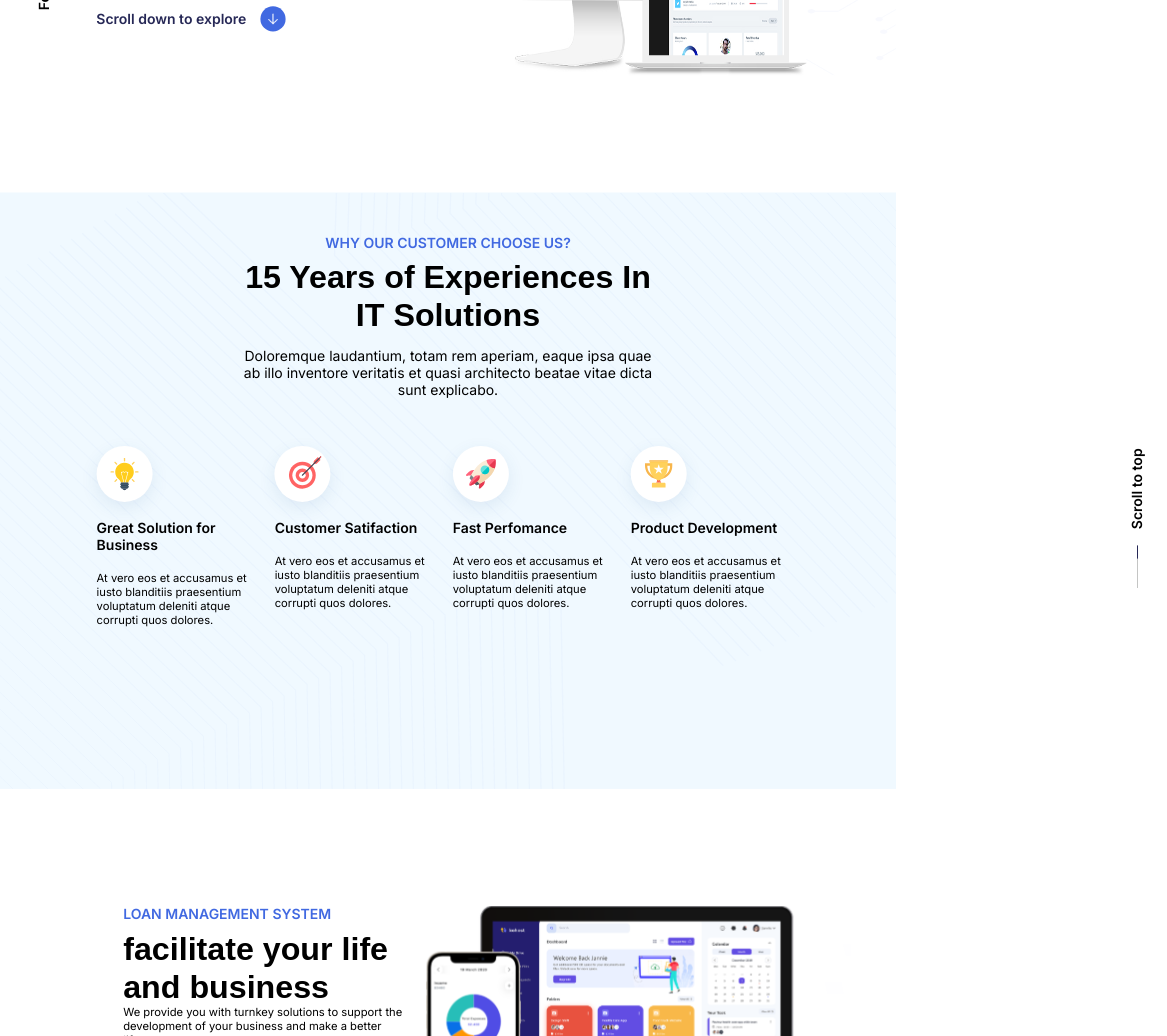
Repository: Chamsmey/static-html-css
Page: index.html
An editor plug-in stored every save of this project. The page is shown before and after a run of saves, followed by the edit.
The browser window is 1280 px wide. The page is 1667 px wide, then 1280 px, so the pictures cover 1667 px, including what lies to the right of the window. The pictures show the part of the page from y = 540 to 2020 px (the page is 3034 px tall), at 70% of full size.
Some web fonts or font styles are not loaded; a fallback is used.

Above is the page before, as saved 2022-11-15 15:46:17.

### index.html
<!DOCTYPE html>
<html lang="en">

<head>
    <meta charset="UTF-8">
    <meta http-equiv="X-UA-Compatible" content="IE=edge">
    <meta name="viewport" content="width=device-width, initial-scale=1.0">
    <title>Blue Tech Solution</title>
    <link rel="stylesheet" href="./css/style.css">
    <link rel="shortcut icon" href="./icons/BlueTech solution _ Logo.svg" type="image/x-icon">
</head>

<body>

    <!-- /// navbar  -->
    <div class="container">
        <nav>
            <div class="logo_group">
                <img src="./icons/BlueTech solution _ Logo.svg" alt="">
            </div>
            <ul class="nav_menu flex_evenly_center">
                <a href="#">
                    <li class="menu_items">Home</li>
                </a>
                <a href="#choose_us">
                    <li class="menu_items">Why choose us
                </a>
                <a href="#products">
                    <li class="menu_items">Products
                </a>
                <a href="#contact">
                    <li class="menu_items">Contact us
                </a>
                <a href="#faq">
                    <li class="menu_items">FAQs</li>
                </a>
            </ul>
            <button class="btn btn_primary">
                <img src="./icons/icon_play_circle.svg" alt="">
                <span>Request demo</span>
            </button>
        </nav>
        <!-- // home  -->
        <section id="home" class="">
            <!-- si=============side left ========= -->
            <div id="side_left" class="flex_beteen_center">

                <div id="follow_social">
                    <div class="icon_group flex_col">
                        <img class="follow_icon" width="15.02px" height="12.6px" src="./icons/icon_telegram.svg" alt="">
                        <img class="follow_icon" width="14.98px
                        " height="11.24px" src="./icons/icon_youtube.svg" alt="">
                        <img class="follow_icon" width="15px" height="15px" src="./icons/icon_linkedIn.svg" alt="">
                        <img class="follow_icon" width="7.5px" height="15px" src="./icons//Icon_facebook.svg" alt="">
                        <img class="follow_icon" width="2px" height="10px" src="./icons//icon_I.svg" alt="">

                        <h5 class="text_tranform text_sm text_center my_25"> Follow Us </h5>

                    </div>
                </div>
                <div id="content">
                    <div class="">
                        <h1 class="text_3xl" >True PowerFul Business Partner: <span class="text_3xl color_primary">Blue Tech </span>Solution</h1>
                        <p class="text_sm">Sed ut perspiciatis unde omnis iste natus error sit voluptatem
                            accusantium doloremque laudantium, totam rem aperiam, eaque ipsa quae ab
                            illo inventore veritatis et quasi architecto
                            beatae vitae dicta sunt explicabo.</p>
                    </div>
                    <div class="">
                        <div id="scroll_icon">
                            <h4 class="text_sm color_secodary">Scroll down to explore</h4>
                            <div class="icon_circle bg_primary ml_10">
                                <img src="./icons/icon_arrow_down_white.png" alt="">
                            </div>
                        </div>

                    </div>

                </div>
            </div>
            <!-- /////////////// side right  -->
            <div id="side_right">
                <img src="./images/home/01.jpg" alt="">
            </div>
        </section>
        </section>

        <!-- choose us -->
        <section id="choose_us" class="choose_us_section bg_primary">
            <div class="header">
                <div class="section_header">
                    <h4 class="text_sm color_primary text_upper mt_50">
                        Why our customer choose us?
                    </h4>
                    <h1 class="text_3xl my_10">
                        15 Years of Experiences
                        In IT Solutions
                    </h1>
                    <p class="text_sm my_10">
                        Doloremque laudantium, totam rem aperiam,
                        eaque ipsa quae ab illo inventore veritatis et quasi architecto beatae
                        vitae dicta sunt explicabo.
                    </p>
                </div>
            </div>
            <div class="card_group_items">
                <div class="card_group flex_beteen_start">
                    <div class="card">
                        <div class="card_header">
                            <div class="icon_circle bg_white icon_80x_80x box_shadow">
                                <img src="./icons/icon_light.svg" alt="">
                            </div>
                        </div>
                        <div class="card_body">
                            <h4 class="text_sm my_25">Great Solution for Business</h4>
                            <p class="text_ms my_10">At vero eos et accusamus et iusto blanditiis praesentium
                                voluptatum deleniti atque corrupti quos dolores.</p>
                        </div>
                    </div>
                    <div class="card">
                        <div class="card_header">
                            <div class="icon_circle bg_white icon_80x_80x box_shadow">
                                <img class="posttion_absolute_center" src="./icons/icon_focus.svg" alt="">
                            </div>
                        </div>
                        <div class="card_body">
                            <h4 class="text_sm my_25">Customer Satifaction</h4>
                            <p class="text_ms my_10">At vero eos et accusamus et iusto blanditiis praesentium
                                voluptatum deleniti atque corrupti quos dolores.</p>
                        </div>
                    </div>
                    <div class="card">
                        <div class="card_header">
                            <div class="icon_circle bg_white icon_80x_80x box_shadow">
                                <img src="./icons/icon_rocket.svg" alt="">
                            </div>
                        </div>
                        <div class="card_body">
                            <h4 class="text_sm my_25">Fast Perfomance</h4>
                            <p class="text_ms my_10">
                                At vero eos et accusamus et iusto blanditiis praesentium
                                voluptatum deleniti atque corrupti quos dolores.</p>
                        </div>
                    </div>
                    <div class="card">
                        <div class="card_header">
                            <div class="icon_circle bg_white icon_80x_80x box_shadow">
                                <img src="./icons/icon_champion.svg" alt="">
                            </div>
                        </div>
                        <div class="card_body">
                            <h4 class="text_sm my_25">Product Development</h4>
                            <p class="text_ms my_10">At vero eos et accusamus et iusto blanditiis praesentium
                                voluptatum deleniti atque corrupti quos dolores.</p>
                        </div>
                    </div>
                </div>
            </div>
            <div class="scroll_bar">
                <h4 class="scroll_bar_title text_sm text_tranform py_30">
                 Scroll to top
                </h4>

                <div class="bar">
                    <img src="./icons/icon_scroll_bar.svg" alt="">
                </div>
            </div>
        </section>
    </div>
    <div>

    </div>
    <!-- product  -->
    <div class="container">
        <section id="products" class="products_section">
            <div class="product_description">
                <h4 class="text_sm text_upper color_primary">Loan Management system</h4>
                <h1 class="text_3xl mt_10">
                    facilitate your life and business
                </h1>
                <p class="text_ms">We provide you with turnkey solutions to support the development
                    of your business and make a better life.</p>
                    <div class="product_values flex_beteen_start">
                        <div class="product_value flex_align_center mt_20">
                            <img src="./icons/icon_percent.svg" alt="">
                            <p class="text_sm text_simibold ml_20">Eliminating human error</p>
                        </div>
                        <div class="product_value flex_align_center mt_20">
                            <img src="./icons/icon_micro.svg" alt="">
                            <p class="text_sm text_simibold ml_20">Automated reporting</p>
                        </div>
                        <div class="product_value flex_align_center mt_20">
                            <img src="./icons/icon_prevent.svg" alt="">
                            <p class="text_sm text_simibold ml_20">Preventing delays in payment</p>
                        </div>
                        <div class="product_value flex_align_center mt_20">
                            <img src="./icons/icon_sms.svg" alt="">
                            <p class="text_sm text_simibold ml_20">Increased revenue</p>
                        </div>
                        <div class="product_value flex_align_center mt_20">
                            <img src="./icons/icon_save.svg" alt="">
                            <p class="text_sm text_simibold ml_20">Saving time</p>
                        </div>
                    </div>
                <button class="btn btn_primary mt_50"><a href="#" class="color_white">Explore more</a> <img src="./icons/icon_arrow_right.svg" alt=""></button>
            </div>
            <div class="product_bg">
                <img src="./images/product.svg" alt="">

            </div>

        </section>
        <section id="products" class="products_section">
            <div class="product_bg">
                <img src="./images/products/products.svg" alt="">

            </div>
            <div class="product_description">
                <h4 class="text_sm text_upper color_primary">Loan Management system</h4>
                <h1 class="text_3xl mt_10">
                    facilitate your life and business
                </h1>
                <p class="text_ms">We provide you with turnkey solutions to support the development
                    of your business and make a better life.</p>
                    <div class="product_values flex_beteen_start">
                        <div class="product_value flex_align_center mt_20">
                            <img src="./icons/icon_percent.svg" alt="">
                            <p class="text_sm text_simibold ml_20">Eliminating human error</p>
                        </div>
                        <div class="product_value flex_align_center mt_20">
                            <img src="./icons/icon_micro.svg" alt="">
                            <p class="text_sm text_simibold ml_20">Automated reporting</p>
                        </div>
                        <div class="product_value flex_align_center mt_20">
                            <img src="./icons/icon_prevent.svg" alt="">
                            <p class="text_sm text_simibold ml_20">Preventing delays in payment</p>
                        </div>
                        <div class="product_value flex_align_center mt_20">
                            <img src="./icons/icon_sms.svg" alt="">
                            <p class="text_sm text_simibold ml_20">Increased revenue</p>
                        </div>
                        <div class="product_value flex_align_center mt_20">
                            <img src="./icons/icon_save.svg" alt="">
                            <p class="text_sm text_simibold ml_20">Saving time</p>
                        </div>
                    </div>
                <button class="btn btn_primary mt_50"><a href="#" class="color_white">Explore more</a> <img src="./icons/icon_arrow_right.svg" alt=""></button>
            </div>


        </section>

    </div>
    <!-- contact  -->
    <section id="contact" class="contact_us_section">

    </section>

    <!-- FAQs  -->
    <section id="faq" class="faq_section">

    </section>
    </div>

    <!-- footer -->
    <footer>

    </footer>
</body>

</html>

### css/style.css
@import url("https://fonts.cdnfonts.com/css/recoleta");
@import url("https://fonts.googleapis.com/css2?family=Inter:wght@100;200;300;400;500;600&family=Open+Sans:ital,wght@0,300;0,400;1,300&display=swap");

* {
  padding: 0;
  margin: 0;
  box-sizing: border-box;
  scroll-behavior: smooth;
}
/* root  */
:root {
  /* color  */
  --color-primary: #4169e1;
  --color-secondary: #262856;
  --bg-color-:#F0F9FF
;
  --color-black: #292d33;
  --color-red: #c14040;
  --color-background: #f1f6fa;
  /* // font size  */
  --text-headline-1: 46px;
  --text-headline-2: 38px;
  --text-headline-3: 30px;
  --text-headline-4: 22px;
  --text-headline-6:18px;
  --text-paragraph-1: 20px;
  --text-paragraph-2: 16px;
  --text-paragraph-3:14px;
  /* // font  family  */
  --heading-font: "Recoleta", sans-serif;
  --paragraph-font: "Open Sans", sans-serif;
  --sub-heading-font: "Inter", sans-serif;
}
/* nav/ */
.color_primary {
  color: var(--color-primary);
}
.color_secodary{
  color: var(--color-secondary);
}
.bg_white{
  background:#fff;
}

/* // text style  */
.text_sm{
  font-size: var(--text-paragraph-1);
  font-family: var(--sub-heading-font);

}
.text_ms{
  font-size: var(--text-paragraph-2);
  font-family: var(--sub-heading-font);
}
.text_3xl{
  font-size: var(--text-headline-1);
  font-family: var(--heading-font);
}
.text_2xl{
  font-size: var(--text-headline-2);
  font-family: var(--heading-font);
}
.text_xl{
  font-size: var(--text-headline-3);
  font-family: var(--heading-font);
}
.text_md{
  font-family: var(--sub-heading-font);
  font-size: var( --text-headline-2);
}
.text_sm_bold{
  font-size: 700;
}

.text_thin{
  font-weight: 400;
}
.text_simibold{
  font-weight: 600;
}
.text_bold{
  font-weight: 700;
}
.text_upper{
  text-transform: uppercase;
}
.text_center {
  text-align: center;
}
.ml_10{
  margin-left: 10px;
}
/* // margin  */
.my_25{
  margin: 25px 0;
}

.my_10{
  margin: 10px 0;
}
.mt_50 {
  margin-top: 50px;
}

.mt_30 {
  margin-top: 30px;
}
.mt_50{
  margin-top: 50px;
}
.mt_20{
  margin-top: 20px;
}
.mt_10{
  margin-top: 10px;
}
.ml_10{
  margin-left: 20px;
}
.ml_20{
  margin-left: 10px;
}

/* // padding */
.px_20{
    padding: 0 20px;
}
.py_10{
  padding: 10px 0;
}

.py_30{
  padding: 30px 0;
}
.px_30{
    padding: 0 30px;
}

/* // flexbox */
.flex_beteen_center {
    display: flex;
    justify-content: space-between;
    flex-wrap: wrap;
    align-items: center;
  }
  .flex_align_center{
    display: flex;
    align-items: center;
  }
  .flex_beteen_start {
    display: flex;
    justify-content: space-between;
    flex-wrap: wrap;
    align-items: flex-start;
  }
  .flex_evenly_center {
    display: flex;
    justify-content: space-evenly;
    flex-wrap: wrap;
    align-items: center;
  }

  .postion_absolute{
    position:absolute;
  }


.box_shadow{
  box-shadow: 0px 8px 24px rgba(53, 95, 158, 0.1);
}
/* ============ */

.container{
  width: 100%;
  margin: auto;
  margin-top: 50px;
}
nav {
  width: 80%;
  margin: 27px auto;
  display: flex;
  justify-content: space-between;
  align-items: center;
}


.nav_menu {
  width: 50%;
  list-style-type: none;
  box-sizing: border-box;
}
a {
  color: var(--color-black);
}
.menu_items {
  color: black;
/* margin-right: 10%; */
  font-family: "Inter", sans-serif;
  font-style: normal;
  font-weight: 400;
  font-size: 16px;
}
a {
  text-decoration: none;
}

.bg_primary {
  background: var(--color-primary);
}
.btn {
  Width:190px;
  Height:54px;
  display: flex;
  flex-direction: row;
  justify-content: space-evenly;
  align-items: center;
  padding: 11px 30px;
  border: none;
  border-radius: 6px;
}
.btn_primary{
  color: white;
  background:var(--color-primary);

}
.color_white{
  color: white;
}
/* home  */
#home {
    width: 100%;
    display: flex;
    margin: auto;
    justify-content: space-evenly;
}

.h1_title {
  font-size: 46px;
  font-family: var(--heading-font);
}
#side_left {
    width: 50%;
    padding: 1rem;
    display: flex;
    justify-content: space-between;
    /* background: red; */
}
#side_right{
  width: 50%;
  background-image: url(../images/home/frame_home.svg);
  background-position: center;
  background-repeat: no-repeat;
  background-size: cover;
  /* overflow: hidden; */

  display: flex;
  /* align-items: center; */
  /* background: green; */
}
#side_right img {
  width: 80%;
height: 509px;

}
#content {
    width: 80%;

    /* margin-top: 1rem; */
    /* padding:0em 8em ; */
    /* background: #d/dd; */
}
.flex_col {
  display: flex;
  flex-direction: column;
  flex-wrap: wrap;
}
.follow_icon {
  flex: 1;

  margin: 10px auto 10px auto;
}
#follow_social {
  margin-top: 4em;

}
.text_tranform {
  transform: rotate(-90deg);
}

#scroll_icon{
    margin-top: 4em;
    display: flex;
    align-items: center;
}
.posttion_absolute_center{
  position: absolute;
  left: 55%;
  top:48%;
  transform:translate(-50%, -50%);
}
.icon_circle{
  position: relative;
    width: 36px;
    padding: 5px;
    height: 36px;
    display: flex;
    justify-content: center;
    align-items: center;
    border-radius: 50%;
}

/* choose section  */
.choose_us_section{

  width: 100%;
  background:var(--bg-color-);
  background-image: url(../images/choose_page/frame_choose_us.svg);
  margin: 167px auto;
  display: flex;
  flex-direction: column;
  height: 852px;


}
.section_header{
  height: 352px;

  ;
}

.header .section_header{
  width: 49%;
  text-align: center;
  padding: 10px;
  display: flex;
  flex-direction: column;
  align-items: center;
  margin: auto;

}
.card_group_items{

  width: 80%;
  padding: 10px;
  display: block;
  margin: auto;
}
.card_group{
  height: 500px;
  /* background: #000; */

}
.card{
  width: 24%;
height: 300px;
/* background:gray; */

}

.icon_80x_80x{
  width: 80px;
  height: 80px;
}
.icon_center{
  left: 31.8%;

}

.scroll_bar{
  position: absolute;
  display: flex;

  flex-direction: column;
  justify-content: space-between;
  align-items:center;
  width: 50px;
  height: 200px;
  /* background: red; */
  left: 1600px;
  top: 1184px;

}

.scroll_bar_title{
    column-width: auto;
    width: 140px;
    padding-left: 0px;
    /* background: blue; */
}


/* ========productsection ===== */

.products_section{
  width: 100%;
  padding: 0 ;
  margin: auto;
  height: 600px;

  display: flex;
  /* justify-content: space-between; */
/* background: #ddd; */
}

.product_description{
 width: 45%;
  /* background:red; */
  padding-left: 11em;
}
.product_value{
  width: 50%;
}
.product_bg{
  width: 50%;
  /* background: #000; */
  display: flex;
  justify-content:center;
  align-items: flex-start;
  background-image: url(../images/products/frame_pro_section.svg);
  /* background-color: #cccccc;  */
  background-position: center;
  background-repeat: no-repeat;
  background-size: cover;
}

.product_bg img{
  width: 90%;
  box-sizing: border-box;
}

After the next 2 saves:
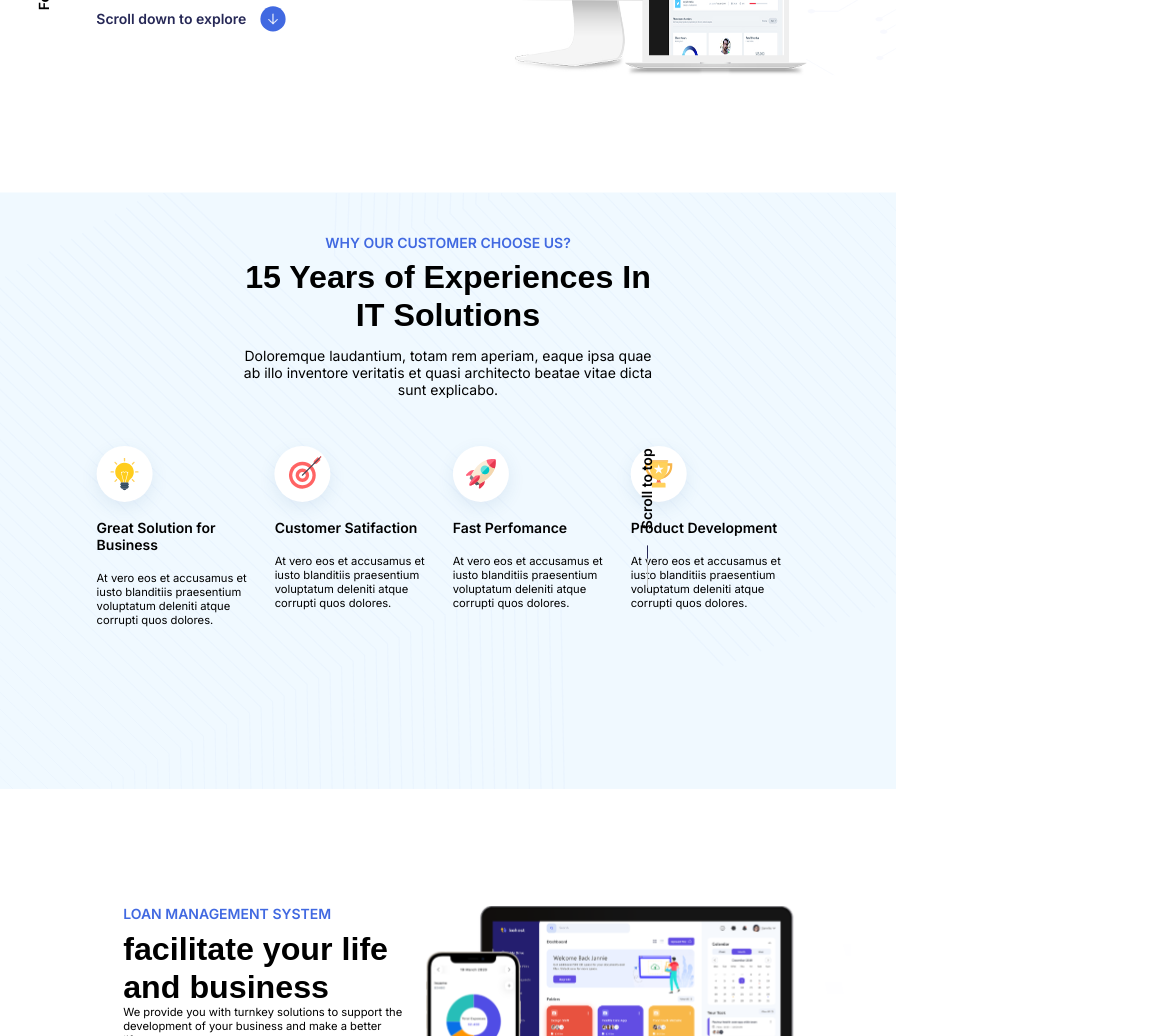
The 2 saves are shown as one change because they came seconds apart.
The last was saved 13 s later.
--- a/css/style.css
+++ b/css/style.css
@@ -376,7 +376,7 @@ height: 300px;
   width: 50px;
   height: 200px;
   /* background: red; */
-  left: 1600px;
+  left: 900px;
   top: 1184px;
 
 }
